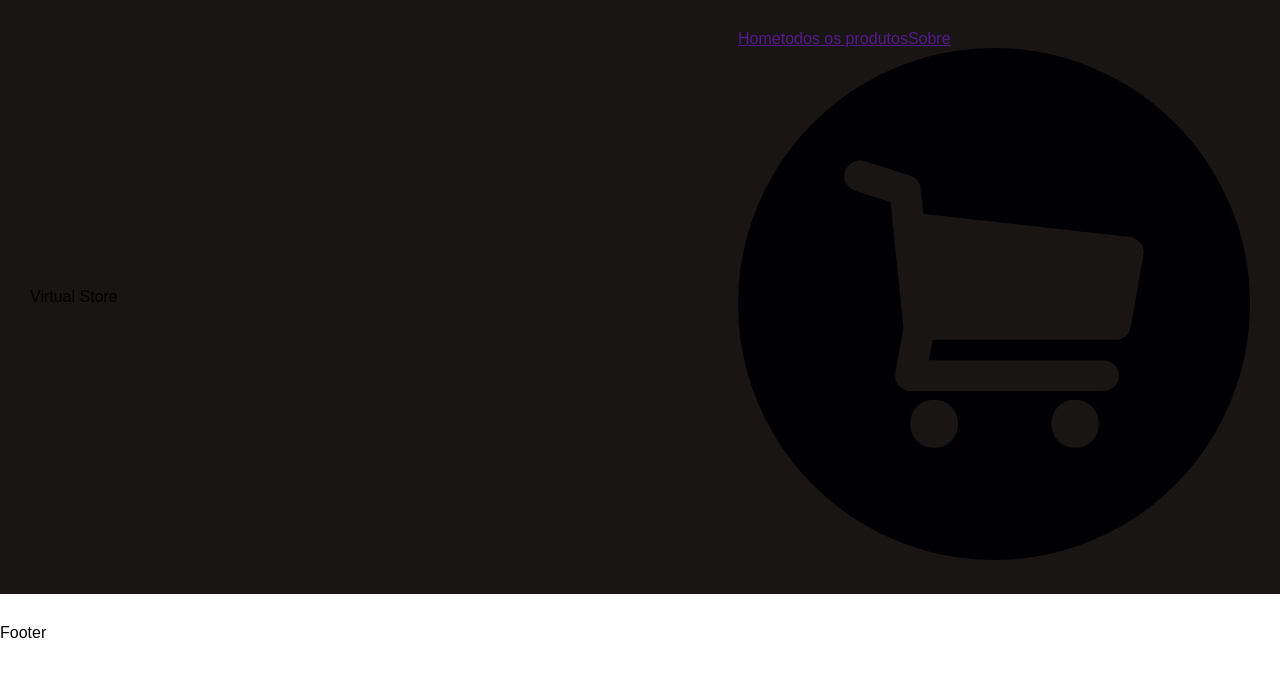
Repository: meiotera/virtuL-store
Page: /lista-de-produtos
An editor plug-in stored every save of this project. The page is shown before and after a run of saves, followed by the edit.
The browser window is 1280 px wide. The pictures show the whole page.
The page's requests for data from a server got no answer. The project was rebuilt for these pictures with package versions that can differ from the ones it lists, and the page was loaded fresh each time. No one was signed in, and anything a server would have sent is missing. Also part of the build but not shown: vite.config.js, src/pages/Home.jsx, src/styles/ProductCard.module.css, src/components/ProductCard.jsx.

Above is the page before, as saved 2025-04-08 07:44:42.

### src/index.css
* {
  margin: 0;
  padding: 0;
  list-style: none;

  font-family: Arial, Helvetica, sans-serif;
}

### src/App.jsx
import { BrowserRouter, Link, Route, Routes } from 'react-router-dom';
import Header from './components/Header';
import Main from './components/Main';
import Footer from './components/Footer';
import Home from './pages/Home';
import ProductList from './pages/ProductList';

function App() {
  return (
    <div>
      <BrowserRouter>
        <Header />

        <Main>
          <Routes>
            <Route path="/" element={<Home />} />
            <Route path="/lista-de-produtos" element={<ProductList />} />
          </Routes>
        </Main>

        <Footer />
      </BrowserRouter>
    </div>
  );
}

export default App;

### src/components/Header.jsx
import React from 'react';
import styles from '../styles/Header.module.css';

const Header = () => {
  return (
    <header className={styles.header}>
      <div>Virtual Store</div>

      <div className={styles.navContainer}>
        <nav>
          <a href="">Home</a>
          <a href="">todos os produtos</a>
          <a href="">Sobre</a>
          <div className={styles.bag}>
            <img src="../sacola.png" alt="" />
          </div>
        </nav>
      </div>
    </header>
  );
};

export default Header;

### src/components/Main.jsx
import React from 'react';

const Main = ({ children }) => {
  return <main>{children}</main>;
};

export default Main;

### src/pages/ProductList.jsx
import React, { useEffect, useState } from 'react';
import { getAllProducts } from '../services/api';
import ProductCard from '../components/ProductCard';

import styles from '../styles/ProductList.module.css';

const ProductList = () => {
  const [products, setProdutcts] = useState([]);

  useEffect(() => {
    const fetchData = async () => {
      const data = await getAllProducts();
      setProdutcts(data);
    };

    fetchData();
  }, []);

  console.log(products);

  return (
    <div className={styles.containerProducts}>
      {products.map((product) => (
        <ProductCard
          key={product.id}
          title={product.title}
          image={product.image}
          rating={product.rating}
          price={product.price}
        />
      ))}
    </div>
  );
};

export default ProductList;

### src/styles/Header.module.css
.header {
  background-color: #191515;
  padding: 30px;
  margin-bottom: 30px;

  display: flex;
  justify-content: space-between;
  align-items: center;
}

### src/services/api.js
const BASE_URL = 'https://fakestoreapi.com';

// buscar todos os produtos
export const getAllProducts = async () => {
  const res = await fetch(`${BASE_URL}/products`);
  const data = await res.json();

  return data;
};

### src/styles/ProductList.module.css
.containerProducts {
  display: flex;
  flex-wrap: wrap;
  gap: 20px;
}

Loaded but not shown: index.html (common file); src/main.jsx (common file); src/components/Footer.jsx (common file)

After the next 3 saves:
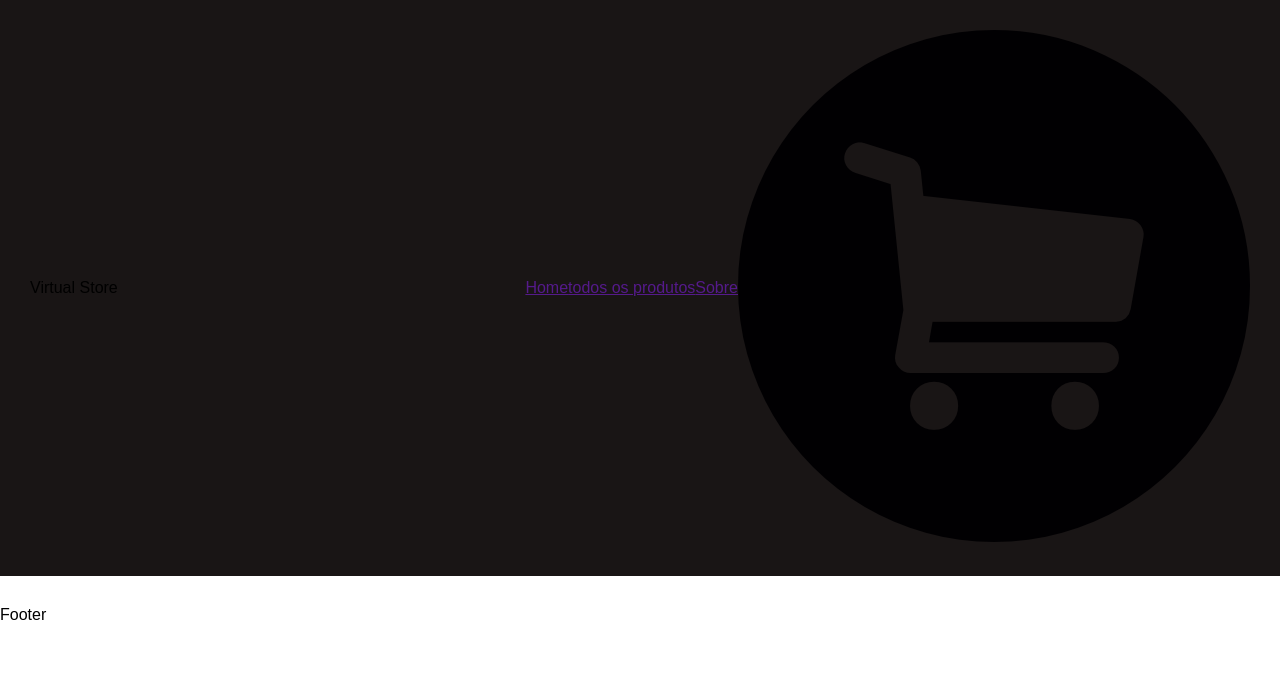
The 3 saves are shown as one change because they came seconds apart.
The last was saved 19 s later.
--- a/src/styles/Header.module.css
+++ b/src/styles/Header.module.css
@@ -7,3 +7,8 @@
   justify-content: space-between;
   align-items: center;
 }
+
+.navContainer nav {
+  display: flex;
+  align-items: center;
+}
